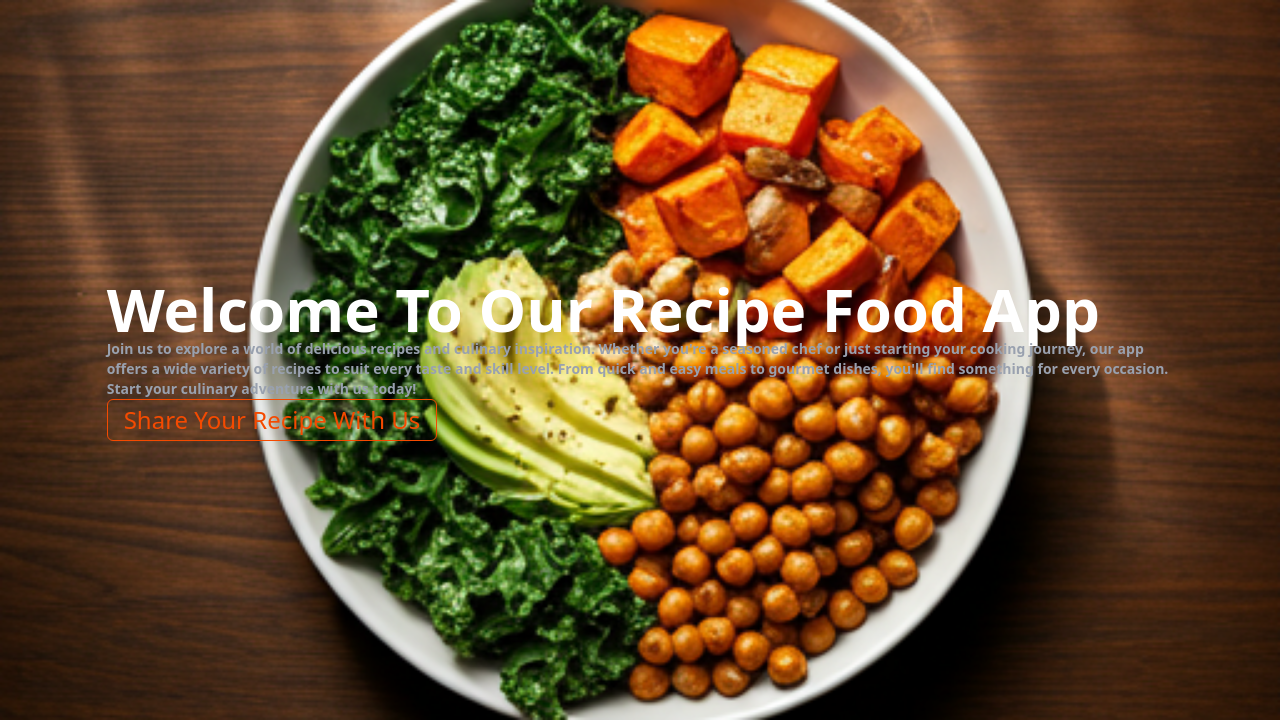
Repository: Eslam0Mohamed/mern-recipe-app
Page: / (app in FrontEnd/)
These files come from the project's save history. The page is drawn as it stood at one moment and after a run of saves; the edit follows.
The browser window is 1280 px wide. The pictures show the whole page.
The project was rebuilt for these pictures with package versions that can differ from the ones it lists, and the page was loaded fresh each time. Also part of the build but not shown: FrontEnd/vite.config.js.

Above is the page before, as saved 2026-05-07 18:18:27.

After the next 6 saves:
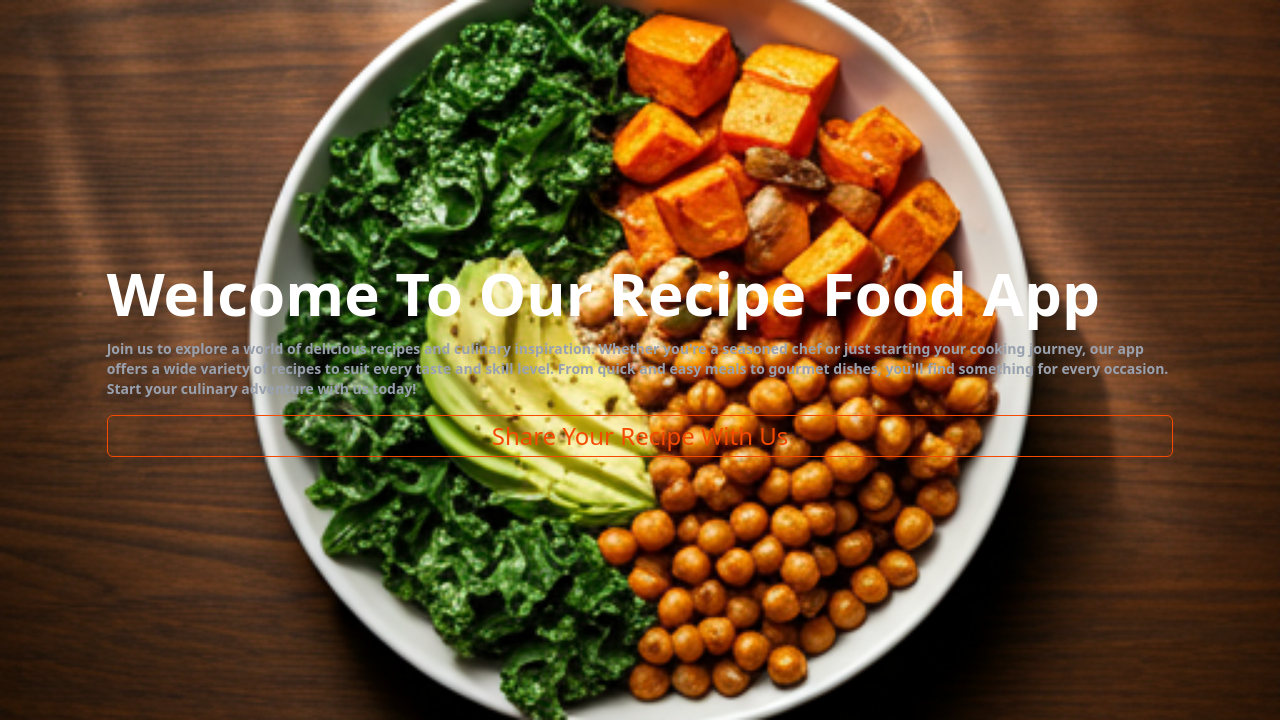
The 6 saves are shown as one change because they came seconds apart.
The last was saved 17 s later.
--- a/FrontEnd/src/pages/Home.jsx
+++ b/FrontEnd/src/pages/Home.jsx
@@ -3,7 +3,7 @@ import backgroundImage from "../assets/bg_2.png"
 function Home() {
   return (
     <section style={{backgroundImage:`url(${backgroundImage})`,}} className={`bg-cover bg-tertiary h-screen bg-center flex items-center justify-center `}>
-      <div className='left container' >
+      <div className='left container flex flex-col gap-4' >
         <h1 className='text-white text-6xl font-semibold'>Welcome To Our Recipe Food App</h1>
         <p className='text-md text-gray-400 font-semibold text-sm'> Join us to explore a world of delicious recipes and culinary inspiration. Whether you're a seasoned chef or just starting your cooking journey, our app offers a wide variety of recipes to suit every taste and skill level. From quick and easy meals to gourmet dishes, you'll find something for every occasion. Start your culinary adventure with us today!</p>
       <button className='outline-none px-4 py-1  text-2xl border cursor-pointer border-orange-600 hover:bg-orange-600 hover:text-white transition-colors duration-150 rounded-md text-orange-600 '>Share Your Recipe With Us</button>
